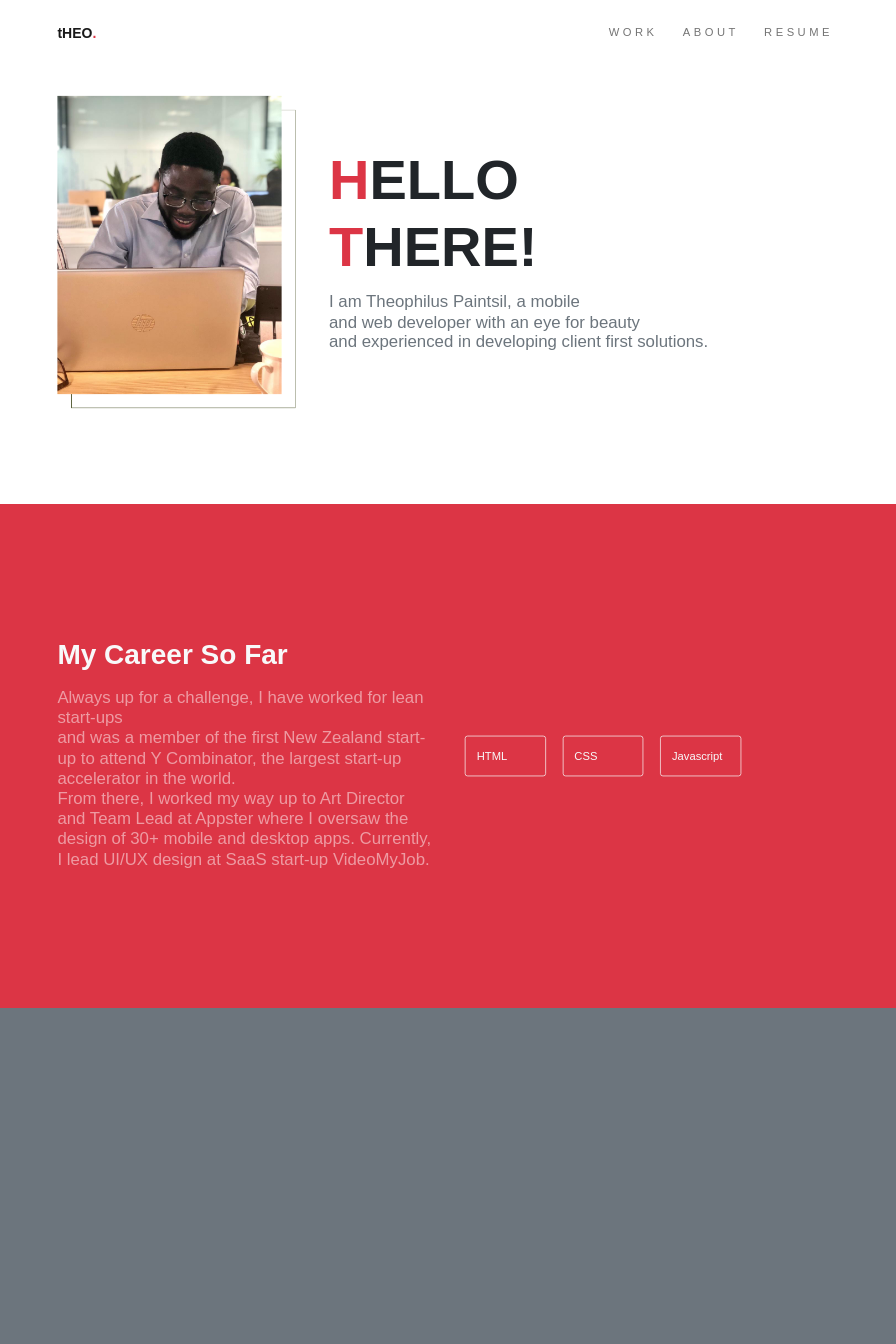
Repository: tHEO2k17/portfolio
Page: /
These files come from the project's save history. The page is drawn as it stood at one moment and after the next save; the edit follows.
The browser window is 1280 px wide. The pictures show the part of the page from y = 0 to 1920 px (the page is 3000 px tall), at 70% of full size.
The project was rebuilt for these pictures with package versions that can differ from the ones it lists, and the page was loaded fresh each time.

Above is the page before, as saved 2021-07-22 11:06:15.

After the next save:
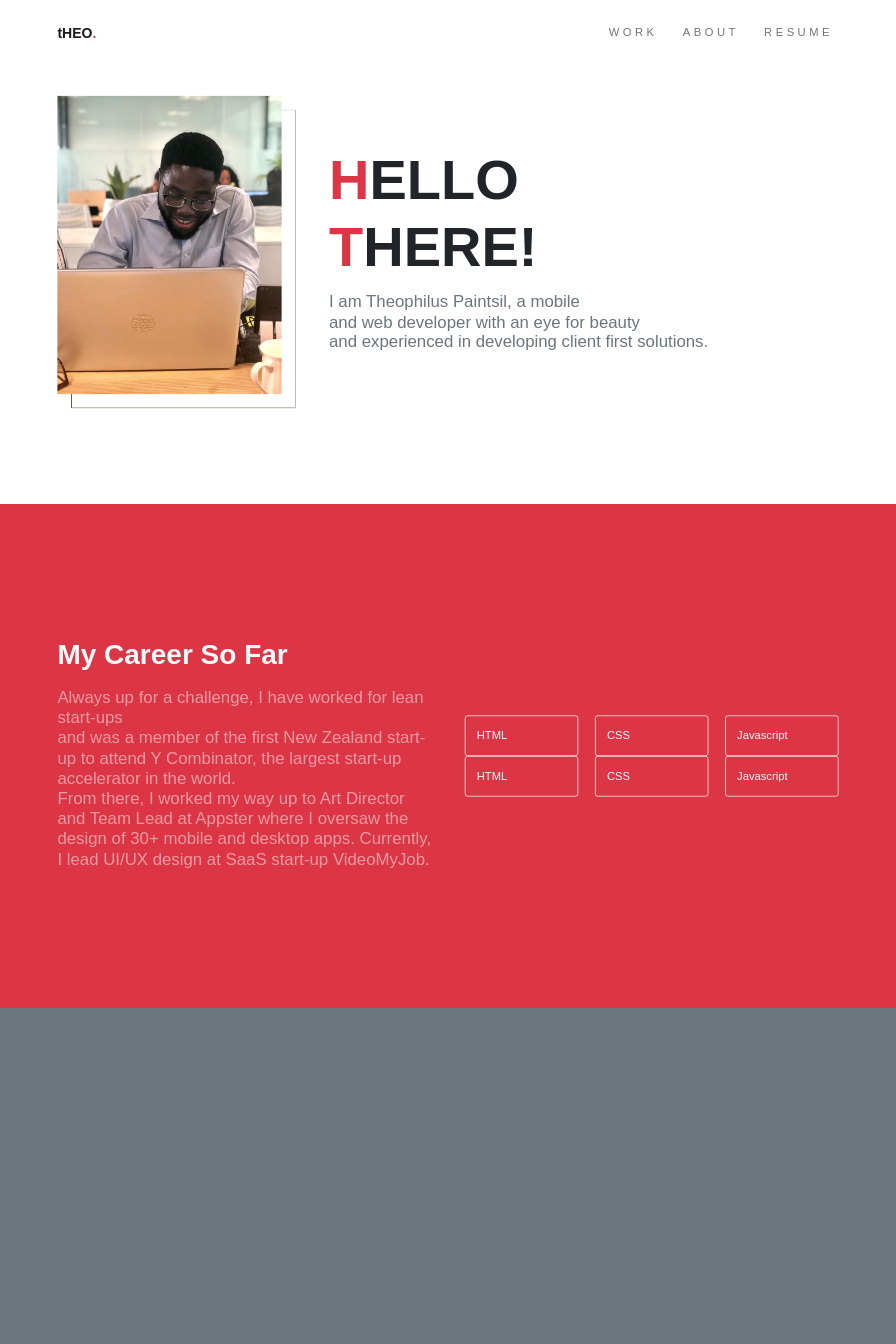
Saved 14 s later.
--- a/src/presentation/pages/HomePage.tsx
+++ b/src/presentation/pages/HomePage.tsx
@@ -55,7 +55,22 @@ export default function HomePage() {
                             </h4>
                         </Col>
                         <Col>
-                            <Row md="4">
+                            <Row md="3">
+                                <Col>
+                                    <Card border="light" bg="danger">
+                                        <Card.Body>HTML</Card.Body>
+                                    </Card>
+                                </Col>
+                                <Col>
+                                    <Card border="light" bg="danger">
+                                        <Card.Body>CSS</Card.Body>
+                                    </Card>
+                                </Col>
+                                <Col>
+                                    <Card border="light" bg="danger">
+                                        <Card.Body>Javascript</Card.Body>
+                                    </Card>
+                                </Col>
                                 <Col>
                                     <Card border="light" bg="danger">
                                         <Card.Body>HTML</Card.Body>
